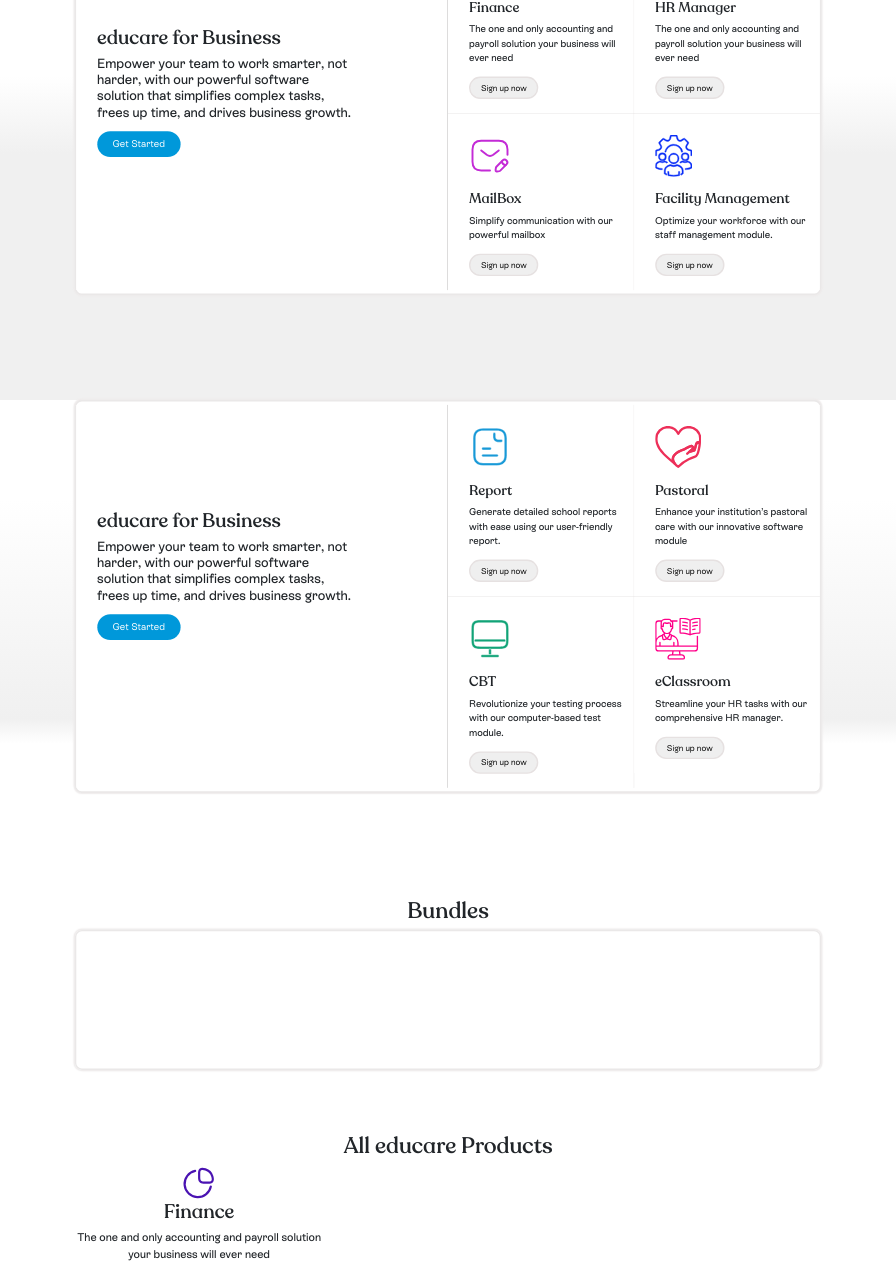
Repository: sarahnnanyelugo/educare-web
Page: /
These files come from the project's save history. The page is drawn as it stood at one moment and after a run of saves; the edit follows.
The browser window is 1280 px wide. The pictures show the part of the page from y = 1319 to 3239 px (the page is 3139 px tall before and 3239 px after), at 70% of full size.
The project was rebuilt for these pictures with package versions that can differ from the ones it lists, and the page was loaded fresh each time.

Above is the page before, as saved 2023-04-05 10:12:57.

After the next 2 saves:
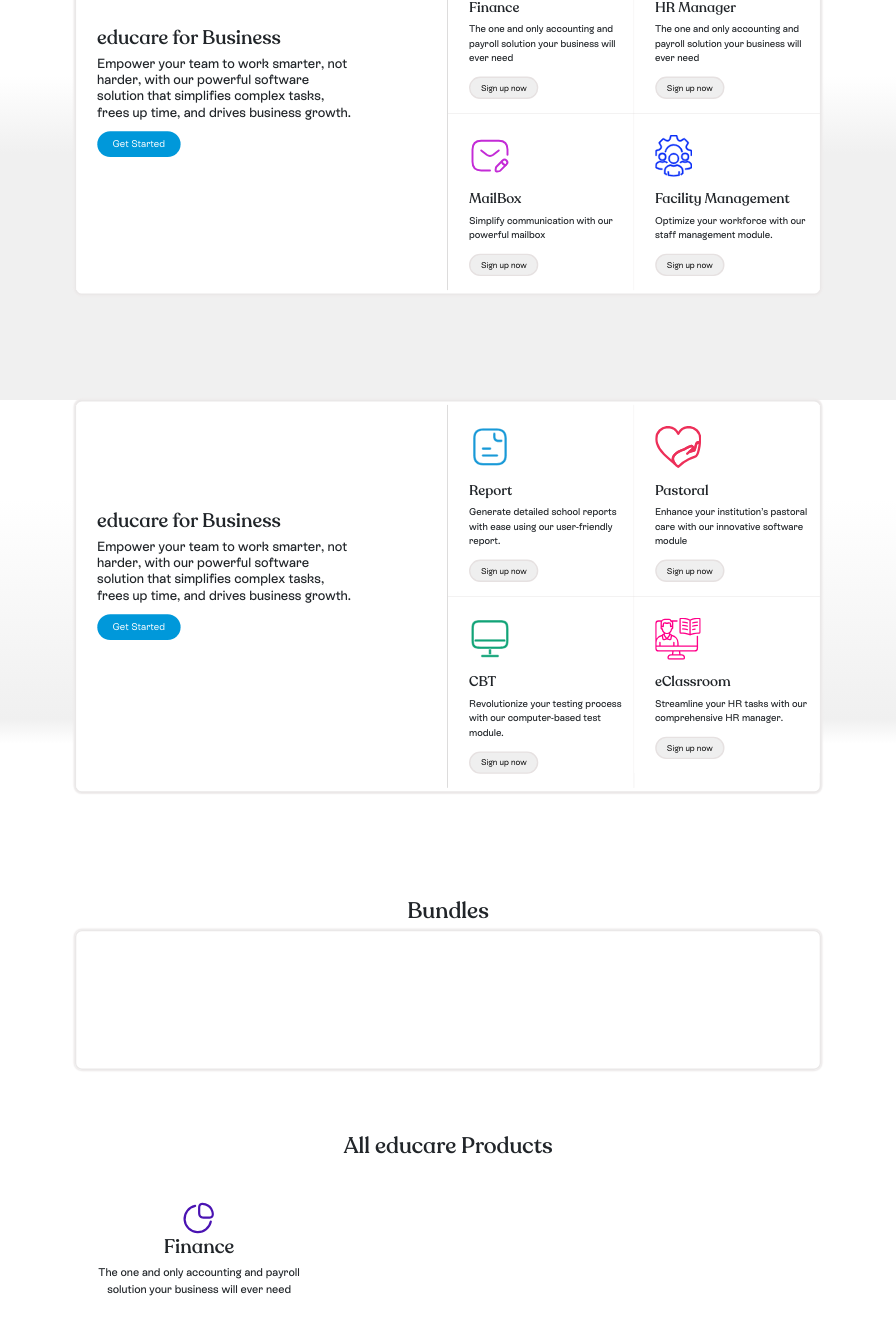
The 2 saves are shown as one change because 1 did not build or start.
The last was saved 93 s later.
--- a/src/pages/Home/_home.scss
+++ b/src/pages/Home/_home.scss
@@ -100,4 +100,7 @@
   padding-top: 5px;
 }
 .products-container {
+  .first-product-column {
+    padding: 50px 30px;
+  }
 }
